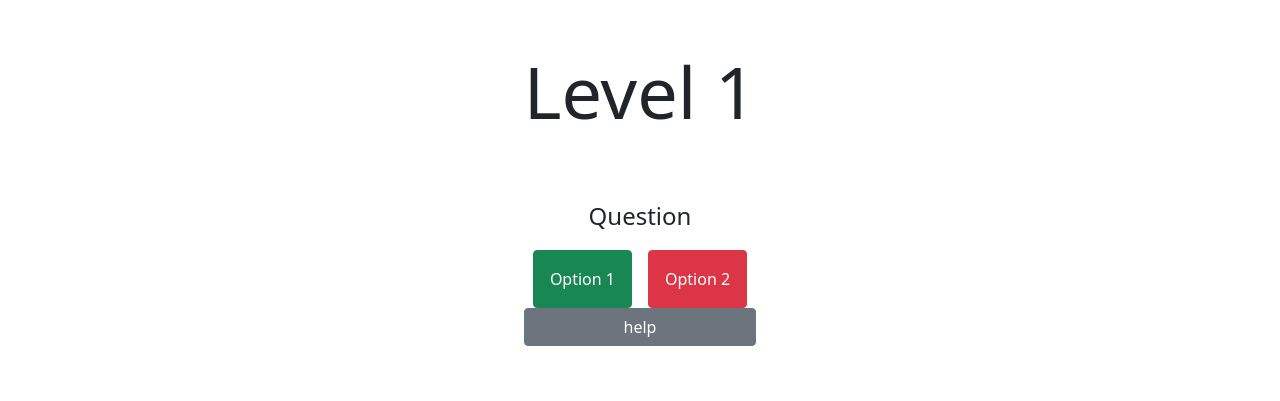
Repository: sreeramkongeseri/QuestionGame
Page: public/level1.html
An editor plug-in stored every save of this project. The page is shown before and after the next save, followed by the edit.
The browser window is 1280 px wide. The pictures show the whole page.
The page's requests for data from a server got no answer.

Above is the page before, as saved 2021-07-20 18:25:18.

### public/level1.html
<!DOCTYPE html>
<html lang="en">

<head>
  <meta charset="UTF-8" />
  <meta name="viewport" content="width=device-width, initial-scale=1.0" />
  <title>Level 1</title>

  <!-- Bootstrap -->
  <link href="https://cdn.jsdelivr.net/npm/bootstrap@5.0.2/dist/css/bootstrap.min.css" rel="stylesheet" integrity="sha384-EVSTQN3/azprG1Anm3QDgpJLIm9Nao0Yz1ztcQTwFspd3yD65VohhpuuCOmLASjC" crossorigin="anonymous">

  <!-- jQuery library -->
  <script src="https://ajax.googleapis.com/ajax/libs/jquery/3.5.1/jquery.min.js"></script>

  <!-- Bootstrap Javascript -->
  <script src="https://cdn.jsdelivr.net/npm/bootstrap@5.0.2/dist/js/bootstrap.bundle.min.js" integrity="sha384-MrcW6ZMFYlzcLA8Nl+NtUVF0sA7MsXsP1UyJoMp4YLEuNSfAP+JcXn/tWtIaxVXM" crossorigin="anonymous"></script>

  <!-- <link rel="stylesheet" href="main.css" /> -->

  <!-- Icons -->
  <link rel="stylesheet" href="https://use.fontawesome.com/releases/v5.7.0/css/all.css"
    integrity="sha384-lZN37f5QGtY3VHgisS14W3ExzMWZxybE1SJSEsQp9S+oqd12jhcu+A56Ebc1zFSJ" crossorigin="anonymous" />

  <!-- Script -->
  <script src="js/main.js"></script>

</head>


<body>



    <div class='d-flex justify-content-center p-5'>

        <div class='d-flex flex-column justify-content-center text-center'>


            <p class = 'display-2 mb-5'>Level 1</p>
            <p id = 'question' class='m-3 fs-4'>Question</p>

            <div class='d-flex justify-content-center'>
                <button class='btn btn-success rounded p-3 me-3 option'>Option 1</button>
                <button class='btn btn-danger rounded p-3 option'>Option 2</button>
            </div>


            <a id='next' href='level2.html' role='button' class='btn btn-primary align-self-center d-none' width=50px>continue</a>

            <!-- Button trigger modal -->
            <button type="button" class="btn btn-secondary" data-bs-toggle="modal" data-bs-target="#exampleModal">
                help
            </button>

            <!-- Modal -->
            <div class="modal fade" id="exampleModal" tabindex="-1" aria-labelledby="exampleModalLabel" aria-hidden="true">
                <div class="modal-dialog">
                <div class="modal-content">
                    <div class="modal-header">
                    <h5 class="modal-title" id="exampleModalLabel">Modal title</h5>
                    <button type="button" class="btn-close" data-bs-dismiss="modal" aria-label="Close"></button>
                    </div>
                    <div class="modal-body">
                    Here's some help text.
                    </div>

                </div>
                </div>
            </div>


        </div>


    </div>

</body>

<script>
    fetch("http://localhost:3000/api/level1").then(response => response.json()).then(list =>
       update(list)
    );
</script>

### public/js/main.js
function update(list) {

    $('#question').text(list[0]);
    i = 0;
    $('.option').on('click', () => {
        if (i < list.length - 1) {
            i += 1;
            $('#question').text(list[i]);
        } else {
            $('#question').text("done!");
            $('#next').removeClass('d-none');
            $('.option').addClass('d-none');
        }
    });


}

After the next save:
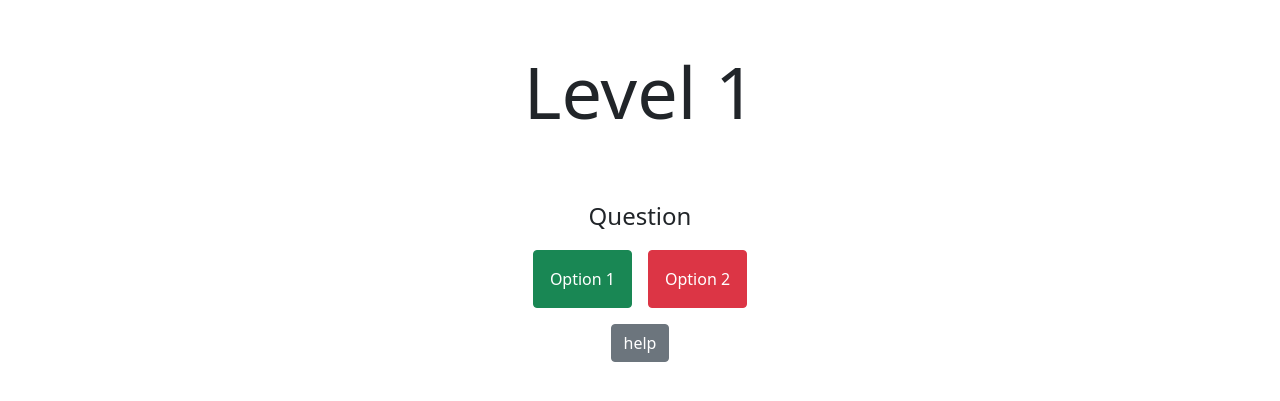
Saved 52 s later.
--- a/public/level1.html
+++ b/public/level1.html
@@ -48,7 +48,7 @@
             <a id='next' href='level2.html' role='button' class='btn btn-primary align-self-center d-none' width=50px>continue</a>
 
             <!-- Button trigger modal -->
-            <button type="button" class="btn btn-secondary" data-bs-toggle="modal" data-bs-target="#exampleModal">
+            <button type="button" class="btn btn-secondary align-self-center mt-3" data-bs-toggle="modal" data-bs-target="#exampleModal">
                 help
             </button>
 
